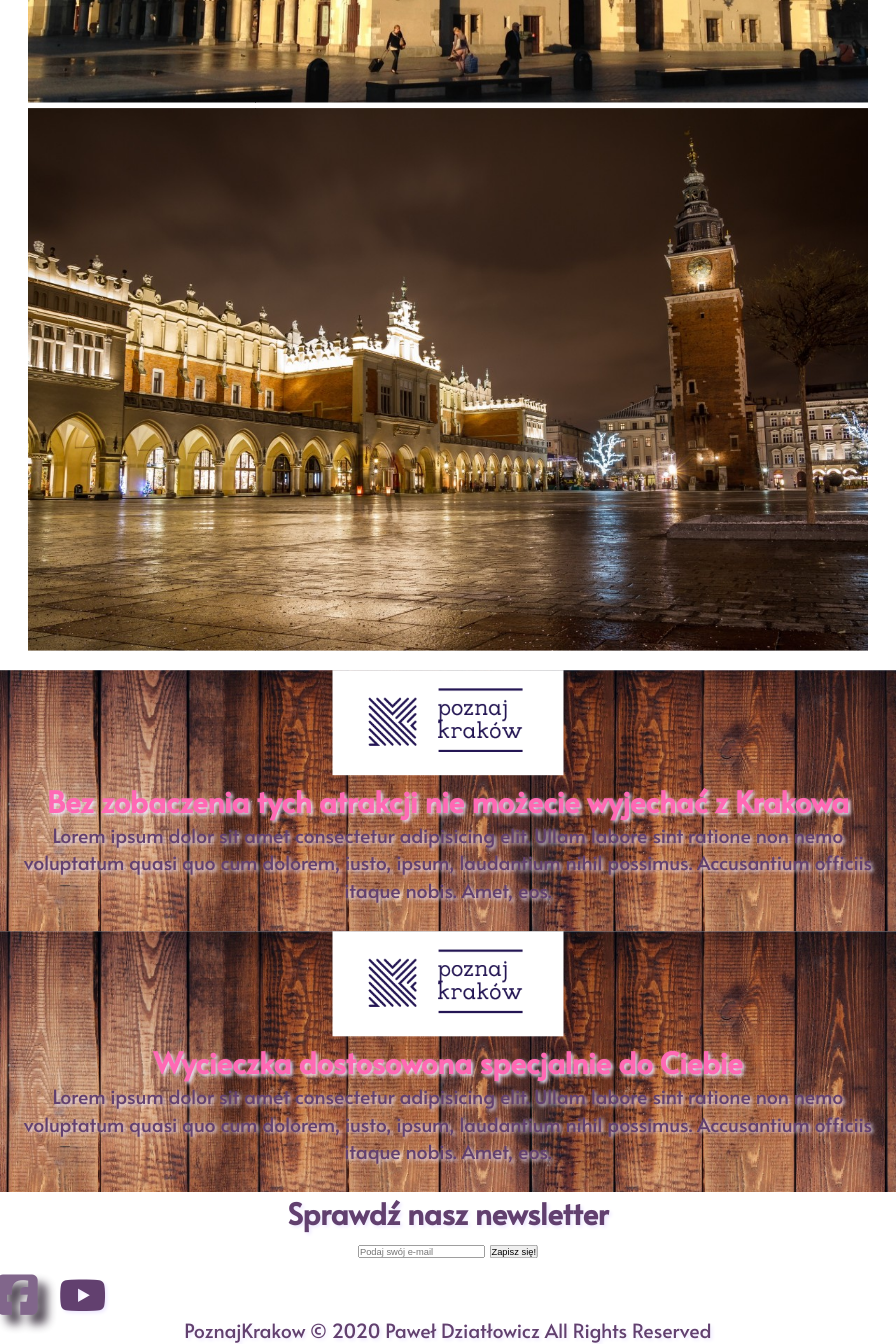
Repository: DZIALEK/projekt1
Page: projekt1.html
These files come from the project's save history. The page is drawn as it stood at one moment and after the next save; the edit follows.
The browser window is 1280 px wide. The pictures show the part of the page from y = 2828 to 4748 px (the page is 4748 px tall), at 70% of full size.
The pointer rests on the first visible `.social-media i`.
Some icons come from a web library that is not loaded, so they are not drawn. A picture or video elsewhere on the page could not be fetched, so the positions and the page height are approximate. Some web libraries are served in a nearby version.

Above is the page before, as saved 2020-07-15 00:50:12.

After the next save:
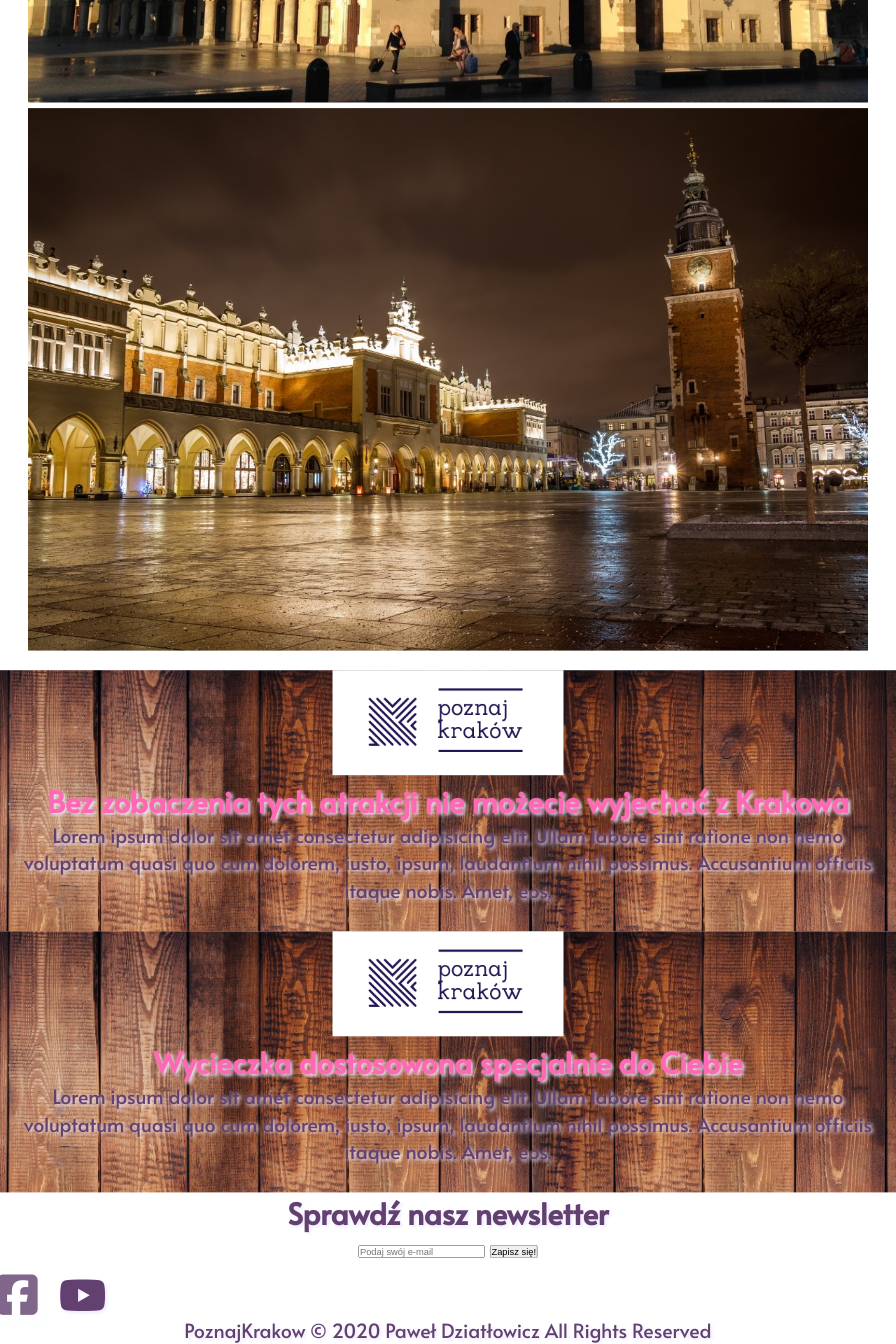
Saved 21 s later.
--- a/projekt1.css
+++ b/projekt1.css
@@ -182,7 +182,7 @@ nav a:hover {
 .social-media i:hover {
     /* color: #ff792b; */
     opacity: 0.8;
-    text-shadow: #271B2B 0.2em 0.2em 0.2em;
+    text-shadow: #fefdff 0.2em 0.2em 0.2em;
     transform: scale(1.1,1.1);
     transition-duration: 250ms;
     transition-timing-function: ease-out;
